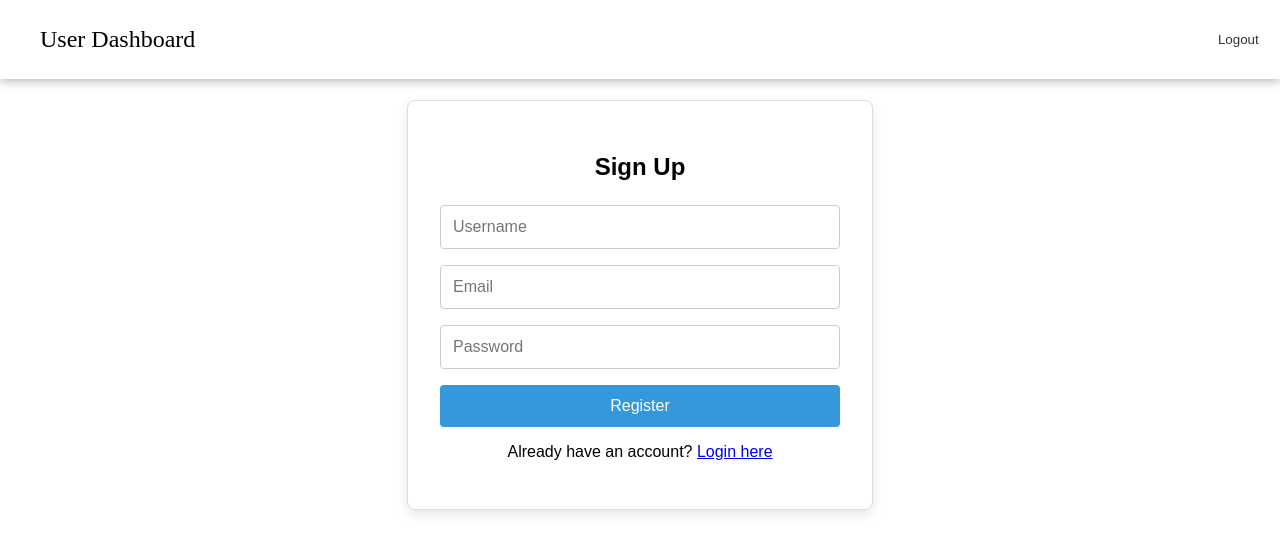
Repository: Edmund-Kiama/todoPHP
Page: /signup (app in task-manager-frontend/)
These files come from the project's save history. The page is drawn as it stood at one moment and after the next save; the edit follows.
The browser window is 1280 px wide. The pictures show the whole page.
The project was rebuilt for these pictures with package versions that can differ from the ones it lists, and the page was loaded fresh each time. Also part of the build but not shown: task-manager-frontend/vite.config.js, task-manager-frontend/src/components/Auth/login.css, task-manager-frontend/src/components/Auth/Login.vue, task-manager-frontend/src/components/Admin/admin.css, task-manager-frontend/src/components/Admin/AdminDashboard.vue, task-manager-frontend/src/components/User/user.css, task-manager-frontend/src/components/User/UserDashboard.vue.

Above is the page before, as saved 2025-07-12 22:53:37.

After the next save:
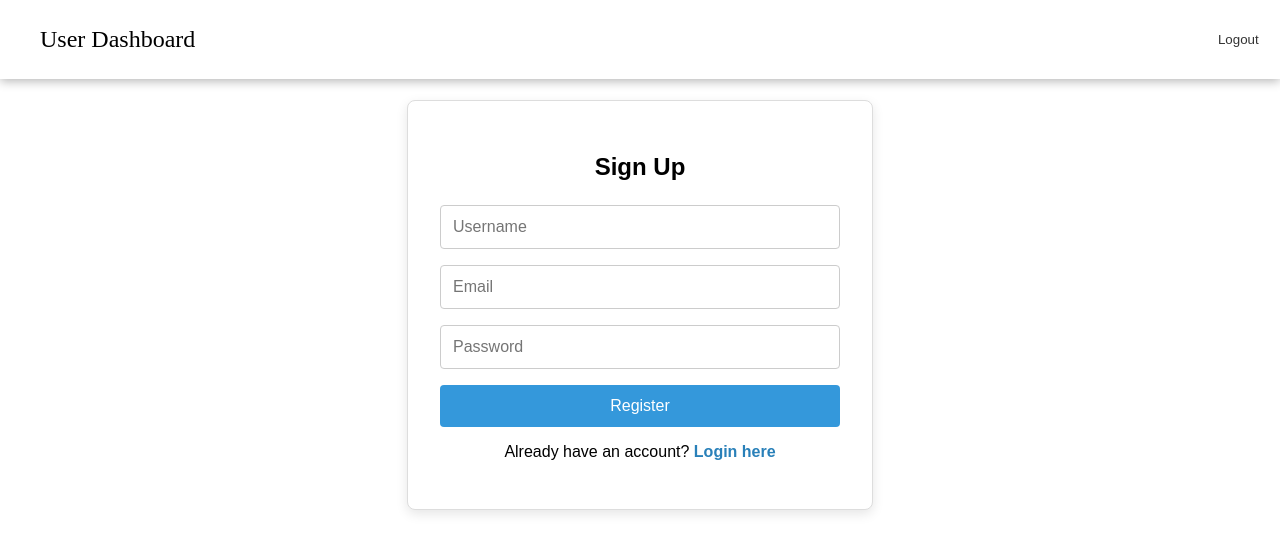
Saved 7 s later.
--- a/task-manager-frontend/src/components/Auth/Signup.vue
+++ b/task-manager-frontend/src/components/Auth/Signup.vue
@@ -51,7 +51,7 @@
 
         <p class="toggle">
         Already have an account?
-        <router-link to="/">Login here</router-link>
+        <router-link to="/" class="link">Login here</router-link>
         </p>
     </form>
     </div>
